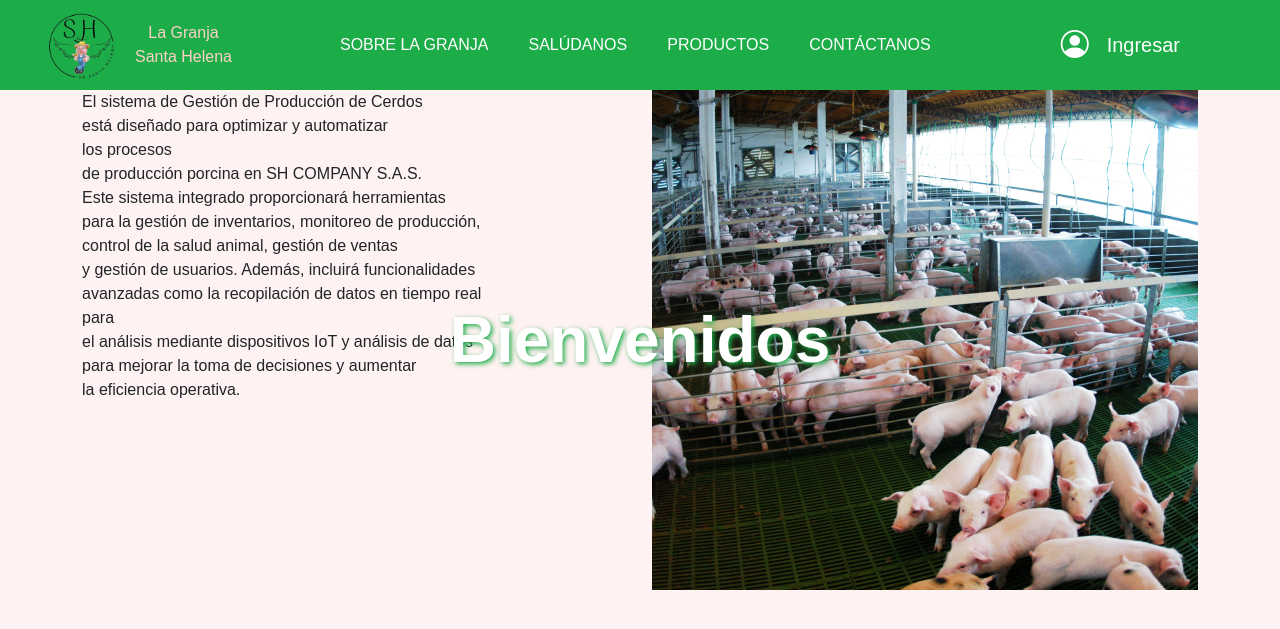
Repository: Mateojimenezz/Granja-Santa-Helena
Page: paginaDeInicio.html
These files come from the project's save history. The page is drawn as it stood at one moment and after the next save; the edit follows.
The browser window is 1280 px wide. The pictures show the whole page.
Some web fonts or font styles are not loaded; a fallback is used.

Above is the page before, as saved 2025-03-29 17:01:54.

### paginaDeInicio.html
<!DOCTYPE html>
<html lang="es">
<head>
    <meta charset="UTF-8">
    <meta name="viewport" content="width=device-width, initial-scale=1.0">
    <title>La Granja</title>
    <link href="https://cdn.jsdelivr.net/npm/bootstrap@5.3.3/dist/css/bootstrap.min.css" rel="stylesheet" integrity="sha384-QWTKZyjpPEjISv5WaRU9OFeRpok6YctnYmDr5pNlyT2bRjXh0JMhjY6hW+ALEwIH" crossorigin="anonymous">

    <link rel="stylesheet" href="./assets/css/index.css">
    <link rel="stylesheet" href="https://cdn.jsdelivr.net/npm/bootstrap-icons@1.11.3/font/bootstrap-icons.min.css">
    <link href="https://fonts.googleapis.com/css2?family=Calistoga&display=swap" rel="stylesheet">

  </head>
<body>
  <header class="header sticky-top d-flex  align-items-center ">
    <div class="container d-flex  align-items-center justify-content-between ">
      <div class="logo">
        <img  src="./assets/img/logo.png" width="90" alt="Logo">
        <span>La Granja <br> Santa Helena</span>
      </div>
      <nav class="navbar navbar-expand-lg ">
        <button class="navbar-toggler toggler-focus text-white" type="button" data-bs-toggle="collapse" data-bs-target="#menu" aria-controls="menu" aria-expanded="false" aria-label="Toggle navigation">
          <span class="navbar-toggler-icon"></span>
        </button>
        <div class="collapse navbar-collapse" id="menu">
          <ul class="navbar-nav ms-auto    gap-md-2 gap-lg-4">
            <li class="nav-item"><a class="nav-link" href="#">SOBRE LA GRANJA</a></li>
            <li class="nav-item"><a class="nav-link" href="#">SALÚDANOS</a></li>
            <li class="nav-item"><a class="nav-link" href="#">PRODUCTOS</a></li>
            <li class="nav-item"><a class="nav-link" href="#">CONTÁCTANOS</a></li>
          </ul>
          <a href="login.html" class="ingresar1 d-sm-flex d-lg-none text-decoration-none text-dark">
            <i class="bi bi-person-circle fs-3 me-2"></i> <h5 class="pt-2">Ingresar</h5>
          </a>
        </div>

        </div>

      </nav>
      <a href="login.html" class="ingresar d-md-none d-lg-flex text-decoration-none text-dark">
        <i class="bi bi-person-circle fs-3 me-2"></i> <h5 class="pt-2">Ingresar</h5>
      </a>
    </div>
  </header>
  <main class="container">
    <!-- Sección 1 -->
    <section class=" row seccion-1 position-relative ">
        <article class="col-12 col-lg-6 ">
            <h1 class="titulo1 position-absolute ">Bienvenidos</h1>
            <p>
                El sistema de Gestión de Producción de Cerdos <br> está diseñado para optimizar y automatizar <br>
                los procesos <br> de producción  porcina en SH COMPANY S.A.S. <br> Este sistema integrado proporcionará herramientas <br>  para la gestión de inventarios, monitoreo de producción,
                <br>control de la salud animal, gestión de ventas <br> y gestión de usuarios.
                Además, incluirá funcionalidades <br> avanzadas como la recopilación de datos en tiempo real <br>
                para <br> el análisis mediante dispositivos IoT y análisis de datos <br>
                 para mejorar la toma de decisiones y aumentar <br> la eficiencia  operativa.
            </p>

        </article>
        <article class="col-12 col-lg-6">
            <img src="assets/img/imagen1.jpg" alt="Fotografia de la granja" class="img-fluid imagen1" alt="">
        </article>

    </section>






  </main>

  <!-- bootstrap JS -->
  <script src="https://cdn.jsdelivr.net/npm/bootstrap@5.3.3/dist/js/bootstrap.bundle.min.js" integrity="sha384-YvpcrYf0tY3lHB60NNkmXc5s9fDVZLESaAA55NDzOxhy9GkcIdslK1eN7N6jIeHz" crossorigin="anonymous"></script>
  <script src="./assets/js/menu.js"></script>
</body>

</html>

### assets/css/index.css
@import "./variables.css";

/* === General === */
body {
  margin: 0;
  font-family: var(--font-principal);
  background-color: var(--color-FondoDiv2);
}

/* === Header === */
.header {
  background-color: var(--color-principal);
  color: var(--color-texto);
  font-size: 1rem;
}

.logo {
  display: flex;
  align-items: center;
  gap: 0.5rem;
  color: #FCD1C6;
  text-align: center;
  margin-left: 25px;
}

/* === Botón Ingresar === */
.ingresar,
.ingresar1 {
  color: white !important;
  cursor: pointer;
  display: flex;
  align-items: center;
  gap: 10px;
}

.ingresar {
  margin-left: 110px;
  margin-right: 100px;
}

.ingresar h5:hover,
.ingresar1 h5:hover {
  color: var(--color-fondoDiv);
}

/* === Navbar === */
.navar-nav {
  justify-content: center;
}

.nav-link {
  position: relative;
  color: white;
  text-decoration: none;
  padding: 0.5rem;
  transition: color 0.3s ease-in-out;
}
.nav-link:active{
  color: red;
}

.nav-link::after {
  content: '';
  position: absolute;
  left: 15px;
  bottom: 0;
  width: 0;
  height: 2px;
  background-color: var(--color-FondoDiv2);
  transition: width 0.3s ease-in-out;
}

.nav-link:hover {
  color: var(--color-fondoDiv);
}

.nav-link:hover::after {
  width: 75%;
}

/* === Sección 1 - Imagen Principal === */
.imagen1 {
  width: 100%;
  height: 500px;
  object-fit: cover;
}

.titulo1 {
  position: absolute;
  top: 50%;
  left: 50%;
  transform: translate(-50%, -50%);
  color: white;
  font-size: 4rem;
  font-weight: bold;
  text-shadow: 2px 2px 5px var(--color-principal);
  text-align: center;
}

/* === Sección 3 === */
.seccion-3 {
  background-color: var(--color-fondoDiv);
}

/* === Footer === */
.footer {
  background-color: var(--color-Footter);
  padding-left: 50px;
  padding-bottom: 0px;
  margin-bottom: -50px;
}

.Logofooter {
  max-width: 250px;
  margin-right: 50px;
}

/* === Responsividad === */
@media (max-width: 991px) {

  /* Ajustes en dispositivos pequeños */
  .logo {
    margin-left: -10px;
  }

  .navbar-toggler {
    border: none !important;
  }

  .navbar-toggler:focus,
  .navbar-toggler:active,
  .navbar-toggler:hover {
    outline: none !important;
    box-shadow: 0 0 10px #F8E91C !important;
  }

  /* Ocultar ingresar en pantallas pequeñas y mostrar ingresar1 */
  .ingresar {
    display: none;
  }

  .ingresar1 {
    display: flex;
  }

  .ingresar1 .bi {
    padding-top: 5px;
  }
}

### assets/js/menu.js
document.addEventListener("DOMContentLoaded", function () {
    const menuToggle = document.querySelector(".navbar-toggler");
    const logo = document.querySelector(".logo");
    const menu = document.getElementById("menu");

    menuToggle.addEventListener("click", function () {
      const isMenuOpen = menu.classList.contains("show");

      if (isMenuOpen) {
        // Cuando el menú está abierto, restauramos el logo
        logo.style.display = "flex";
      } else {
        // Cuando el menú está cerrado, ocultamos el logo
        logo.style.display = "none";
      }
    });

    // Detectar cuando el usuario cierra el menú automáticamente
    menu.addEventListener("hidden.bs.collapse", function () {
      logo.style.display = "flex";
    });
  });

### assets/css/variables.css
/* variables.css */
:root {
    --color-principal: #1CAD48 ;
    --color-Botones: rgba(255, 187, 0, 0.47);
    --color-texto: white;
    --color-fondo: #f5f5f5;
    --font-principal: 'calistoga','arial';
    --color-fondoDiv: #F8E91C;
    --color-FondoDiv2:#FFF2F2;
    --color-Footter: #D9D9D9;
    --letra-gris: #B0B0B7;
  }

After the next save:
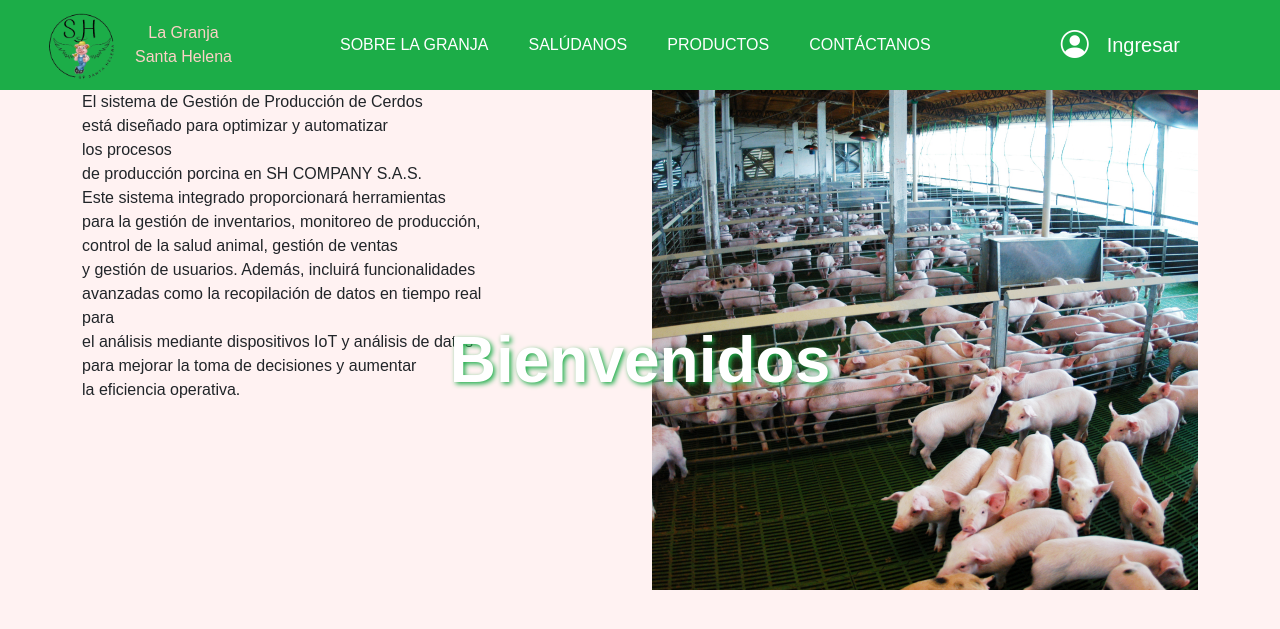
Saved 8 s later.
--- a/paginaDeInicio.html
+++ b/paginaDeInicio.html
@@ -44,7 +44,7 @@
   </header>
   <main class="container">
     <!-- Sección 1 -->
-    <section class=" row seccion-1 position-relative ">
+    <section class=" row seccion-1 ">
         <article class="col-12 col-lg-6 ">
             <h1 class="titulo1 position-absolute ">Bienvenidos</h1>
             <p>
